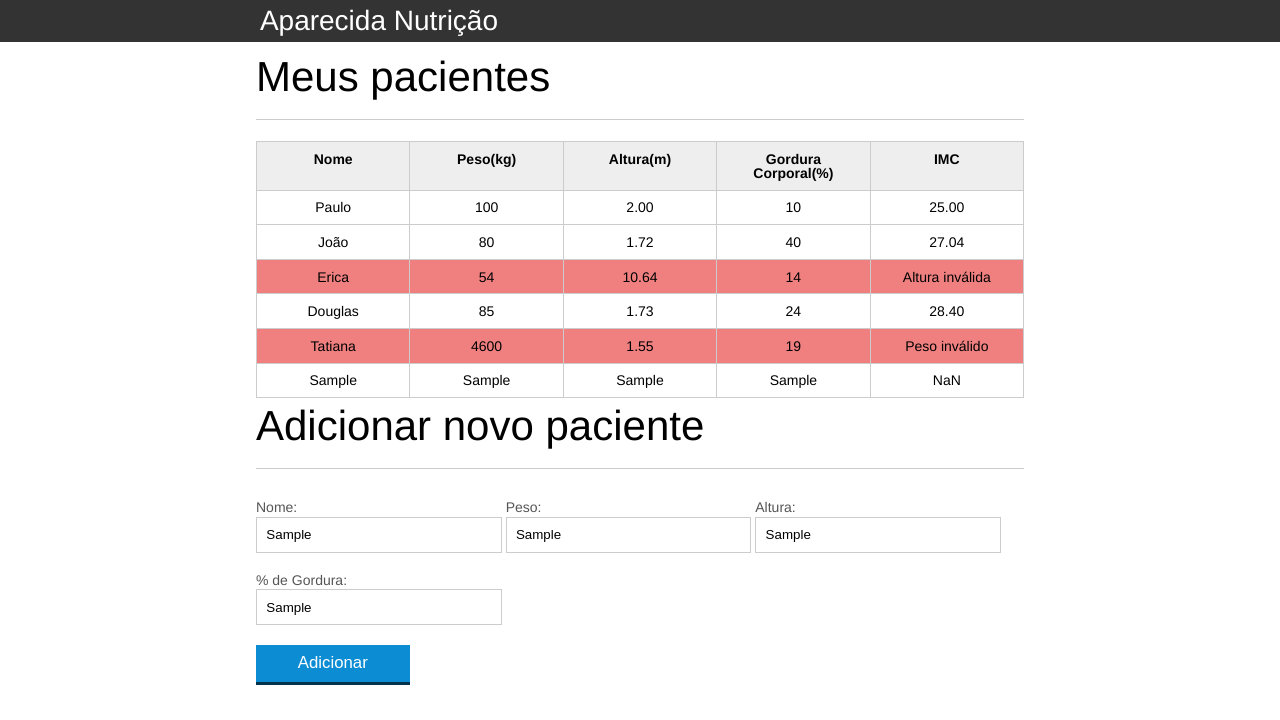
Repository: prof-fernando-alves/introducao-javascript
Page: index.html
These files come from the project's save history. The page is drawn as it stood at one moment and after the next save; the edit follows.
The browser window is 1280 px wide. The pictures show the whole page.
Empty fields were first filled with sample values (such as "Sample", 5 or name@example.com).
After loading, the first visible `#adicionar-paciente` was clicked once.

Above is the page before, as saved 2021-10-19 22:07:51.

After the next save:
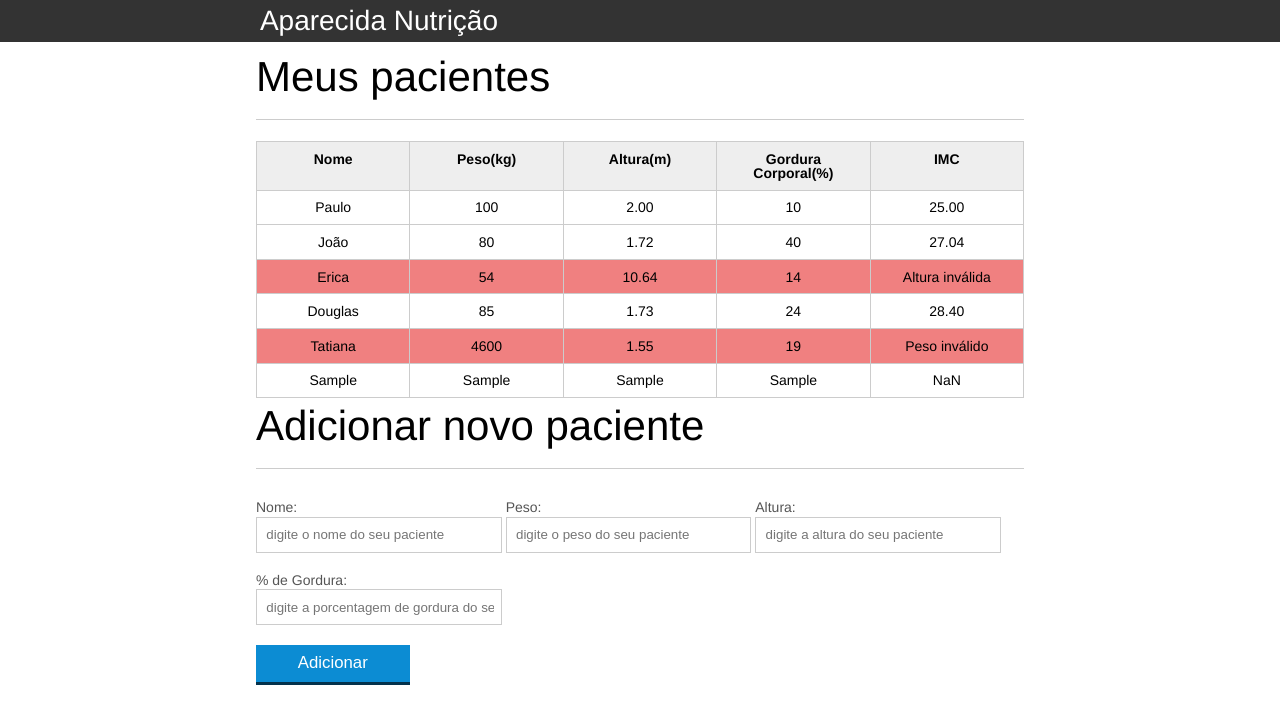
Saved 29 s later.
--- a/js/principal.js
+++ b/js/principal.js
@@ -18,7 +18,7 @@
             var tabela = document.querySelector("#tabela-pacientes");
 
             tabela.appendChild(pacienteTr);
-            form.reset
+            form.reset()
         })
 
     function obtemPacienteDoFormulario(form) {

After the save that followed:
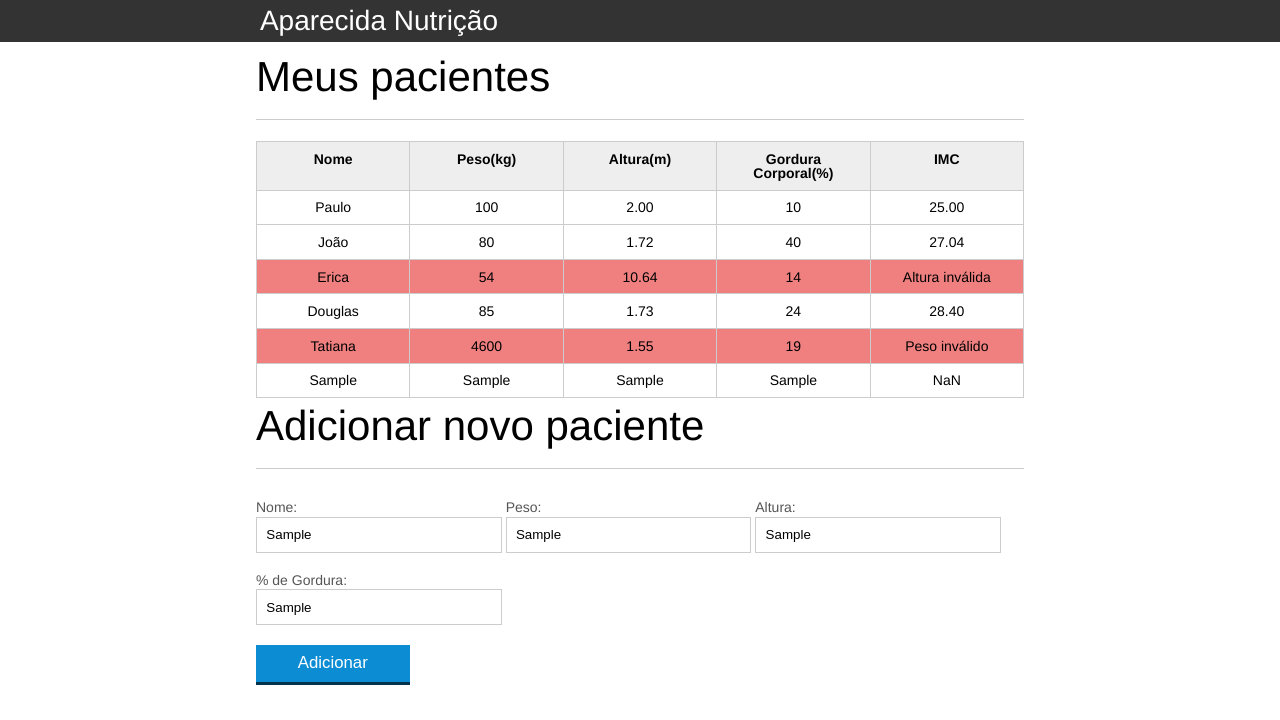
Saved 27 s later.
--- a/js/principal.js
+++ b/js/principal.js
@@ -18,7 +18,7 @@
             var tabela = document.querySelector("#tabela-pacientes");
 
             tabela.appendChild(pacienteTr);
-            form.reset()
+            //form.reset()
         })
 
     function obtemPacienteDoFormulario(form) {
